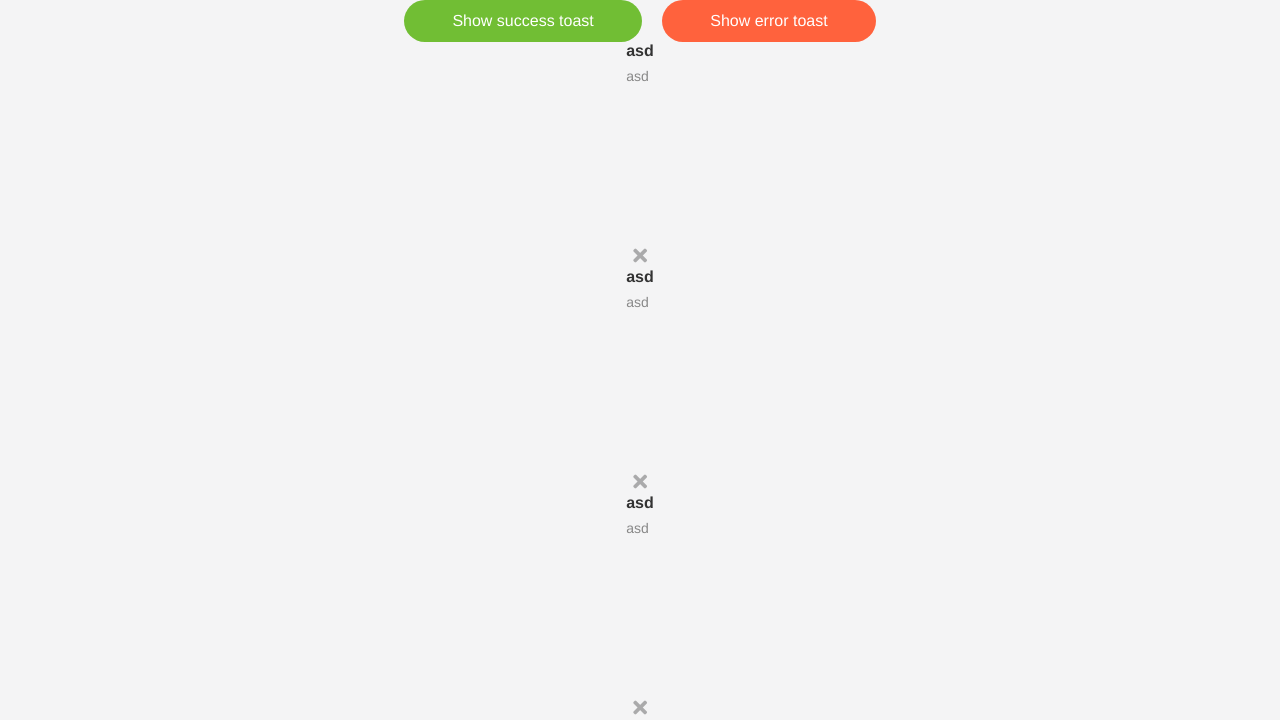
Repository: vuongtm1999/Toast_Message
Page: toast-message.html
These files come from the project's save history. The page is drawn as it stood at one moment and after the next save; the edit follows.
The browser window is 1280 px wide. The pictures show the whole page.

Above is the page before, as saved 2022-09-01 12:39:45.

### toast-message.html
<!DOCTYPE html>
<html lang="en">
<head>
    <meta charset="UTF-8">
    <meta http-equiv="X-UA-Compatible" content="IE=edge">
    <meta name="viewport" content="width=device-width, initial-scale=1.0">
    <link rel="stylesheet" href="https://cdnjs.cloudflare.com/ajax/libs/font-awesome/5.15.1/css/all.min.css" integrity="sha512-+4zCK9k+qNFUR5X+cKL9EIR+ZOhtIloNl9GIKS57V1MyNsYpYcUrUeQc9vNfzsWfV28IaLL3i96P9sdNyeRssA==" crossorigin="anonymous" />
    <link rel="stylesheet" href="toast-message.css">
    <script type="text/javascript" src="toast-message.js"></script>
    <title>Toast message</title>
</head>
<body>
    <div id="toast">

    </div>

    <div>
        <div onclick="showSuccessToast();" class="btn btn--success">Show success toast</div>
        <div onclick="showErrorToast();" class="btn btn--danger">Show error toast</div>
    </div>


    <!-- success -->
    <div class="toast__icon">
        <i class="${}"></i>
    </div>
    <div class="toast__body">
        <h3 class="toast__title">asd</h3>
        <p class="toast__msg">asd</p>
    </div>
    <div class="toast__close">
        <i class="fas fa-times"></i>
    </div>

    <!-- warming -->
    <div class="toast__icon">
        <i class="${}"></i>
    </div>
    <div class="toast__body">
        <h3 class="toast__title">asd</h3>
        <p class="toast__msg">asd</p>
    </div>
    <div class="toast__close">
        <i class="fas fa-times"></i>
    </div>

    <!-- danger -->
    <div class="toast__icon">
        <i class="${}"></i>
    </div>
    <div class="toast__body">
        <h3 class="toast__title">asd</h3>
        <p class="toast__msg">asd</p>
    </div>
    <div class="toast__close">
        <i class="fas fa-times"></i>
    </div>

    <script>
        function showSuccessToast() {
            toast({
            title: "Thành công!",
            message: "Bạn đã đăng ký thành công tài khoản tại F8.",
            type: "success",
            duration: 5000
            });
        }

        function showErrorToast() {
            toast({
            title: "Thất bại!",
            message: "Có lỗi xảy ra, vui lòng liên hệ quản trị viên.",
            type: "error",
            duration: 5000
            });
        }
    </script>
</body>
</html>

### toast-message.css
* {
    padding: 0;
    margin: 0;
    box-sizing: border-box;
}

body {
    height: 100vh;
    display: flex;
    flex-direction: column;
    font-family: "Helvetica Neue";
    background-color: #f4f4f5;
}

body>div {
    margin: auto;
}

/* ======= Buttons ======== */

/* Block */
.btn {
    display: inline-block;
    text-decoration: none;
    background-color: transparent;
    border: none;
    outline: none;
    color: #fff;
    padding: 12px 48px;
    border-radius: 50px;
    cursor: pointer;
    min-width: 120px;
    transition: opacity 0.2s ease;
}

/* Modifier */
.btn--size-l {
    padding: 16px 56px;
}

.btn--size-s {
    padding: 8px 32px;
}

.btn:hover {
    opacity: 0.8;
}

.btn+.btn {
    margin-left: 16px;
}

.btn--success {
    background-color: #71be34;
}

.btn--warn {
    background-color: #ffb702;
}

.btn--danger {
    background-color: #ff623d;
}

.btn--disabled {
    opacity: 0.5 !important;
    cursor: default;
}

/* ======= Toast message ======== */

#toast {
    position: fixed;
    top: 32px;
    right: 32px;
    z-index: 999999;
}

.toast {
    display: flex;
    align-items: center;
    background-color: #fff;
    border-radius: 2px;
    padding: 20px 0;
    min-width: 400px;
    max-width: 450px;
    border-left: 4px solid;
    box-shadow: 0 5px 8px rgba(0, 0, 0, 0.08);
    transition: all linear 0.3s;
}

/* @keyframes slideInLeft {
    from {
        opacity: 0;
        transform: translateX(calc(100% + 32px));
    }

    to {
        opacity: 1;
        transform: translateX(0);
    }
}

@keyframes fadeOut {
    to {
        opacity: 0;
    }
} */

.toast--success {
    border-color: #47d864;
}

.toast--success .toast__icon {
    color: #47d864;
}

.toast--info {
    border-color: #2f86eb;
}

.toast--info .toast__icon {
    color: #2f86eb;
}

.toast--warning {
    border-color: #ffc021;
}

.toast--warning .toast__icon {
    color: #ffc021;
}

.toast--error {
    border-color: #ff623d;
}

.toast--error .toast__icon {
    color: #ff623d;
}

.toast+.toast {
    margin-top: 24px;
}

.toast__icon {
    font-size: 24px;
}

.toast__icon,
.toast__close {
    padding: 0 16px;
}

.toast__body {
    flex-grow: 1;
}

.toast__title {
    font-size: 16px;
    font-weight: 600;
    color: #333;
}

.toast__msg {
    font-size: 14px;
    color: #888;
    margin-top: 6px;
    line-height: 1.5;
}

.toast__close {
    font-size: 20px;
    color: rgba(0, 0, 0, 0.3);
    cursor: pointer;
}

Loaded but not shown: toast-message.js (no stored copy; drawn as an empty file)

After the next save:
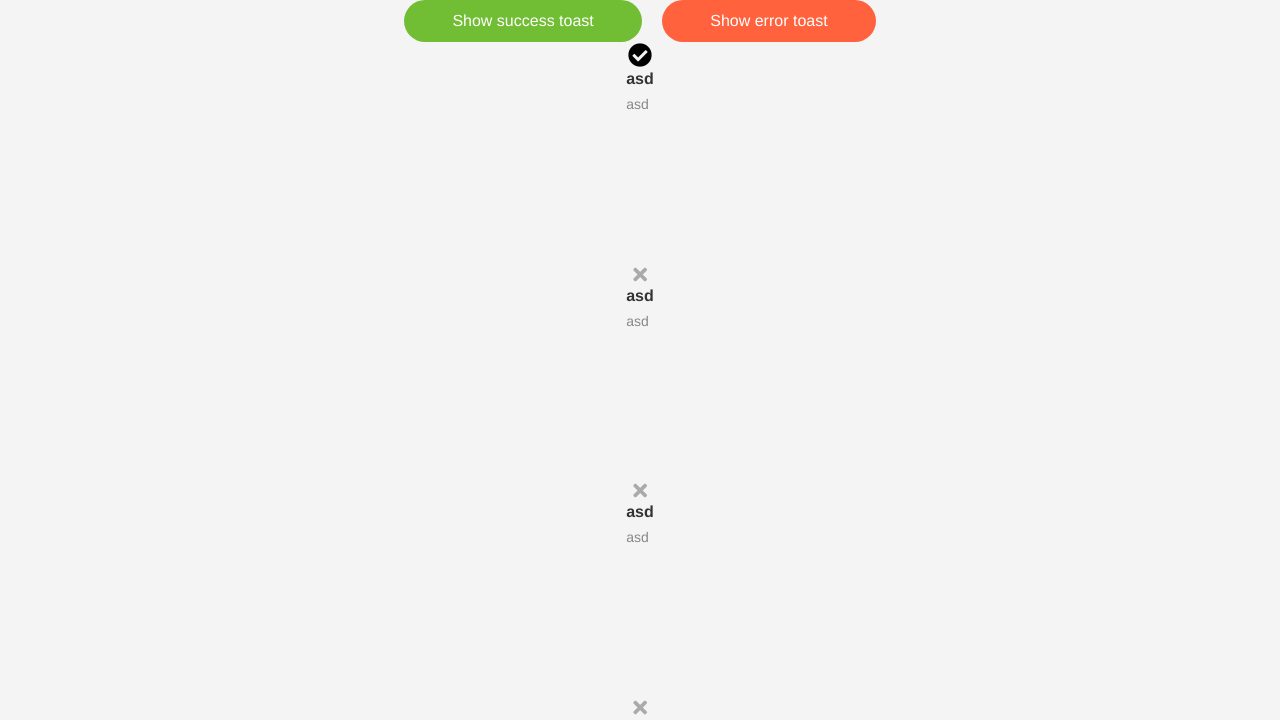
Saved 28 s later.
--- a/toast-message.html
+++ b/toast-message.html
@@ -22,7 +22,7 @@
 
     <!-- success -->
     <div class="toast__icon">
-        <i class="${}"></i>
+        <i class="fas fa-check-circle"></i>
     </div>
     <div class="toast__body">
         <h3 class="toast__title">asd</h3>
